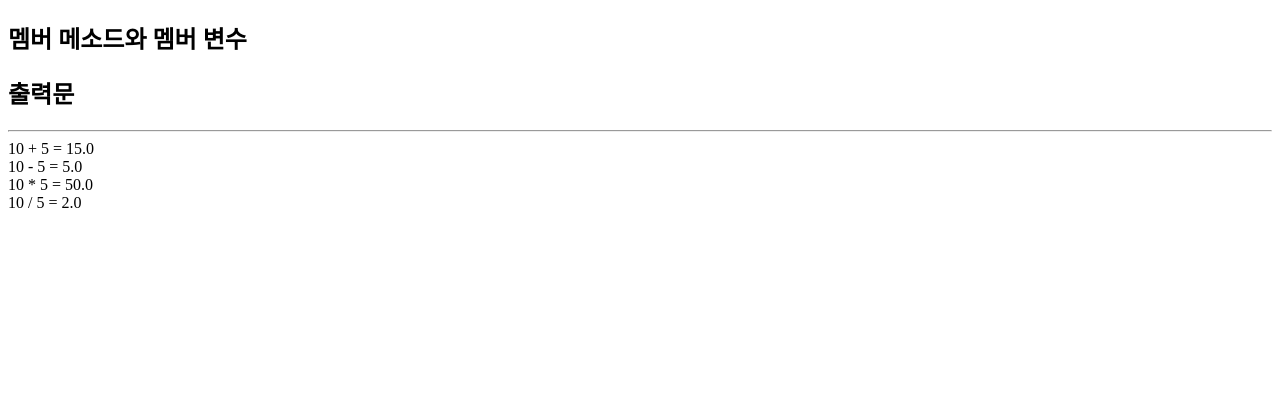
Repository: hyeongu135-ui/Jsp2026
Page: http://localhost/chapter01/test04.jsp
An editor plug-in stored every save of this project. The page is shown before and after a run of saves, followed by the edit.
The browser window is 1280 px wide. The pictures show the whole page.
The page is served by Tomcat 9.

Above is the page before, as saved 2026-10-16 03:04:30.

### chapter01/src/main/webapp/test04.jsp
<%@ page language="java" contentType="text/html; charset=UTF-8"
	pageEncoding="UTF-8" import="java.util.*"%>
<!DOCTYPE html>
<html>
<head>
<meta charset="UTF-8">
<title>Insert title here</title>
</head>
<body>
	<!-- 선언문 작성하는 방법 -->
	<!-- 선언문을 통해 작성한 메소드, 변수는 멤버메소드, 멤버변수가 된다, -->
	<%!public void inCremment() {
	};%>
	<!-- 아래 선언문은 전역변수 또는 멤버변수이다. -->
	<%!int i = 1;%>
	<!-- 아래 스크립트릿은 지역변수가 된다 -->
	<%
	int i = 12;
	%>
	<h2>멤버 메소드와 멤버 변수</h2>
	<%!
		String str = "선언 예제";
		/* 연산자 처리 메소드 생성 */
		public double cal(double num1, double num2, String op){
			double result = 0.0;
			if(op.equals("+")){
				result = num1 + num2;
			}else if(op.equals("-")){
				result = num1 - num2;
			}else if(op.equals("*")){
				result = num1 * num2;
			}else if(op.equals("/")){
				result = num1 / num2;

			}
			return result;
		}

	%>
	<h2>출력문</h2>
	<hr>
	10 + 5 = <%= cal(10,5,"+") %><br>
	10 - 5 = <%= cal(10,5,"-") %><br>
	10 * 5 = <%= cal(10,5,"*") %><br>
	10 / 5 = <%= cal(10,5,"/") %>
</body>
</html>

After the next 4 saves:
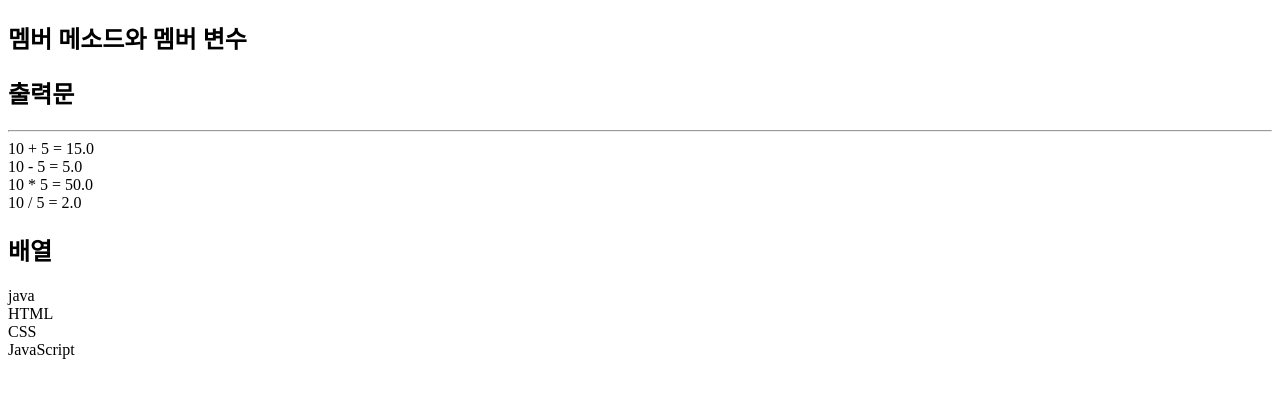
The 4 saves are shown as one change because 3 did not build or start.
The last was saved 5 min 43 s later.
--- a/chapter01/src/main/webapp/test04.jsp
+++ b/chapter01/src/main/webapp/test04.jsp
@@ -18,30 +18,39 @@
 	int i = 12;
 	%>
 	<h2>멤버 메소드와 멤버 변수</h2>
-	<%!
-		String str = "선언 예제";
-		/* 연산자 처리 메소드 생성 */
-		public double cal(double num1, double num2, String op){
-			double result = 0.0;
-			if(op.equals("+")){
-				result = num1 + num2;
-			}else if(op.equals("-")){
-				result = num1 - num2;
-			}else if(op.equals("*")){
-				result = num1 * num2;
-			}else if(op.equals("/")){
-				result = num1 / num2;
+	<%!String str = "선언 예제";
 
-			}
-			return result;
-		}
+/* 연산자 처리 메소드 생성 */
+public double cal(double num1, double num2, String op) {
+	double result = 0.0;
+	if (op.equals("+")) {
+		result = num1 + num2;
+	} else if (op.equals("-")) {
+		result = num1 - num2;
+	} else if (op.equals("*")) {
+		result = num1 * num2;
+	} else if (op.equals("/")) {
+		result = num1 / num2;
 
-	%>
+	}
+	return result;
+}%>
 	<h2>출력문</h2>
 	<hr>
-	10 + 5 = <%= cal(10,5,"+") %><br>
-	10 - 5 = <%= cal(10,5,"-") %><br>
-	10 * 5 = <%= cal(10,5,"*") %><br>
-	10 / 5 = <%= cal(10,5,"/") %>
+	10 + 5 =
+	<%=cal(10, 5, "+")%><br> 10 - 5 =
+	<%=cal(10, 5, "-")%><br> 10 * 5 =
+	<%=cal(10, 5, "*")%><br> 10 / 5 =
+	<%=cal(10, 5, "/")%>
+
+	<!-- 배열 -->
+	<h2>배열</h2>
+	<%
+		String arr[] = {"java","HTML","CSS","JavaScript"};
+		for(int k = 0; k < arr.length; k ++){
+			/* 표현식을 사용하지 않고 출력하는 방법 */
+			out.print(arr[k]+"<br>");
+		}
+	%>
 </body>
 </html>
